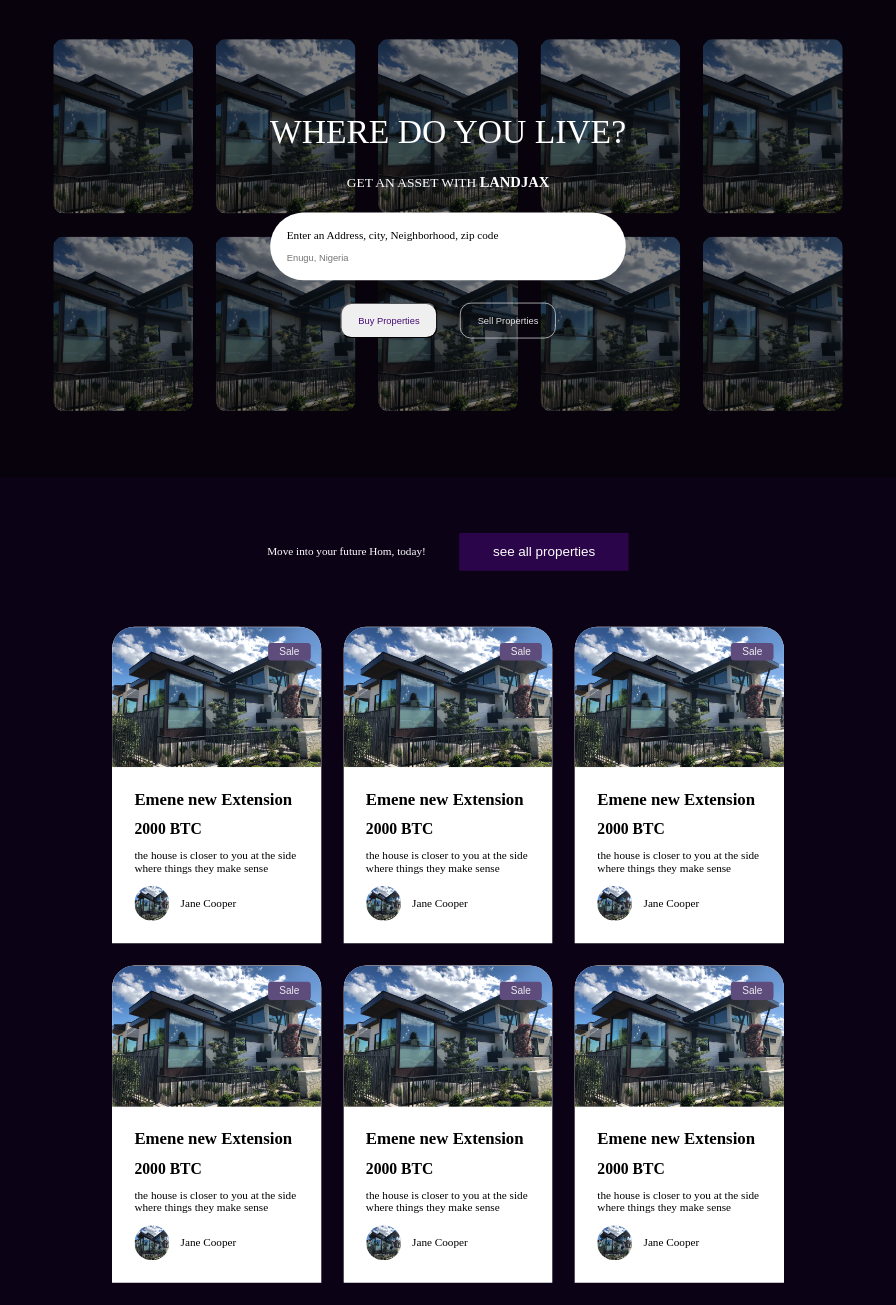
Repository: NorVirae/landjax-frontend
Page: /
These files come from the project's save history. The page is drawn as it stood at one moment and after a run of saves; the edit follows.
The browser window is 1280 px wide. The pictures show the part of the page from y = 759 to 2679 px (the page is 2623 px tall before and 2679 px after), at 70% of full size.
The project was rebuilt for these pictures with package versions that can differ from the ones it lists, and the page was loaded fresh each time. The framework's server and built-in components were replaced by stand-ins that run in the browser. Also part of the build but not shown: next.config.js.

Above is the page before, as saved 2022-07-03 07:08:51.

After the next 2 saves:
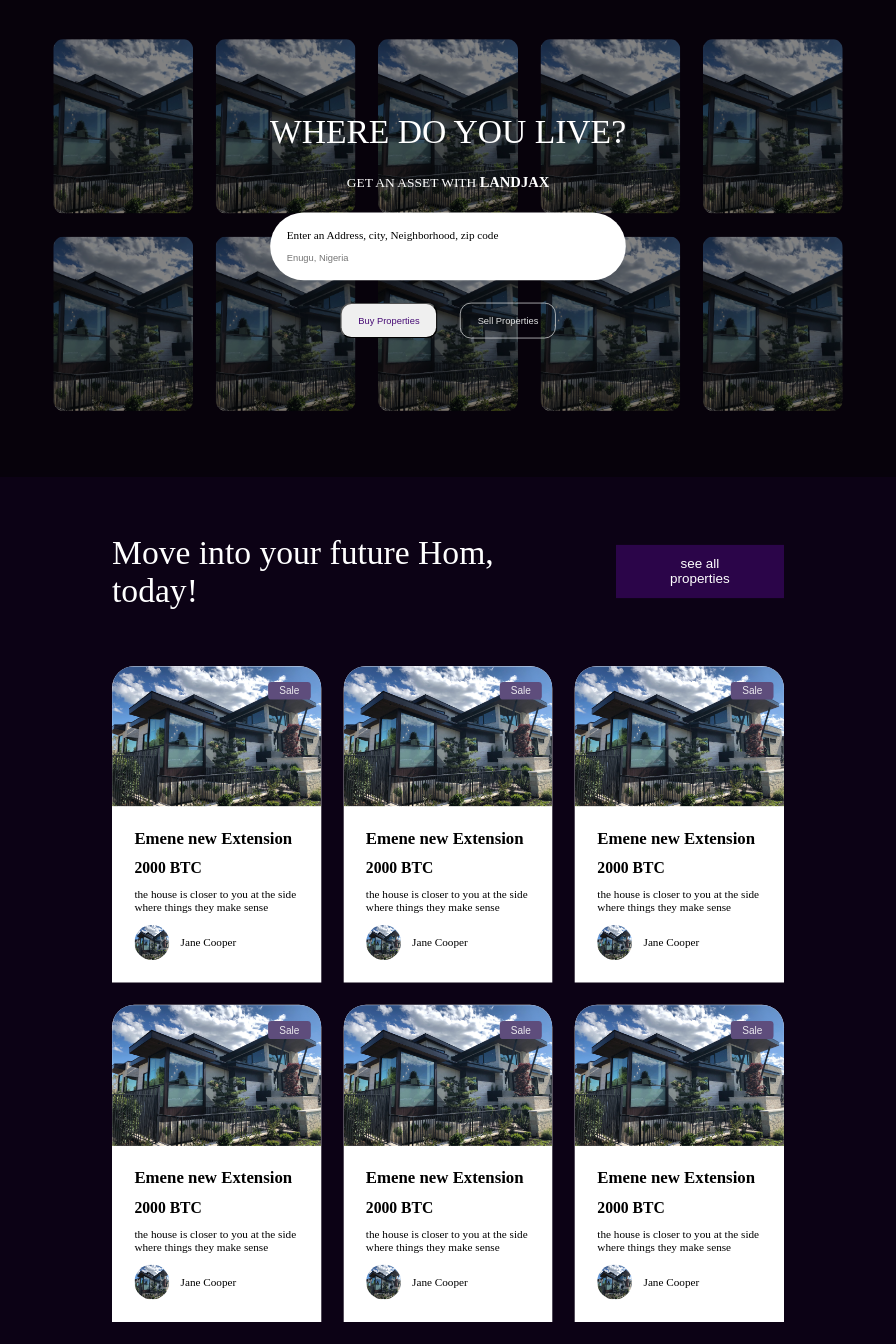
The 2 saves are shown as one change because they came seconds apart.
The last was saved 7 s later.
--- a/pages/index.tsx
+++ b/pages/index.tsx
@@ -95,7 +95,7 @@
 
         <section className='future__container'>
           <div className='future__header'>
-            <p className=''>Move into your future Hom, today!</p>
+            <p className='future__prop-text'>Move into your future Hom, today!</p>
             <button className='future__btn-prop'>
               see all properties
             </button>
